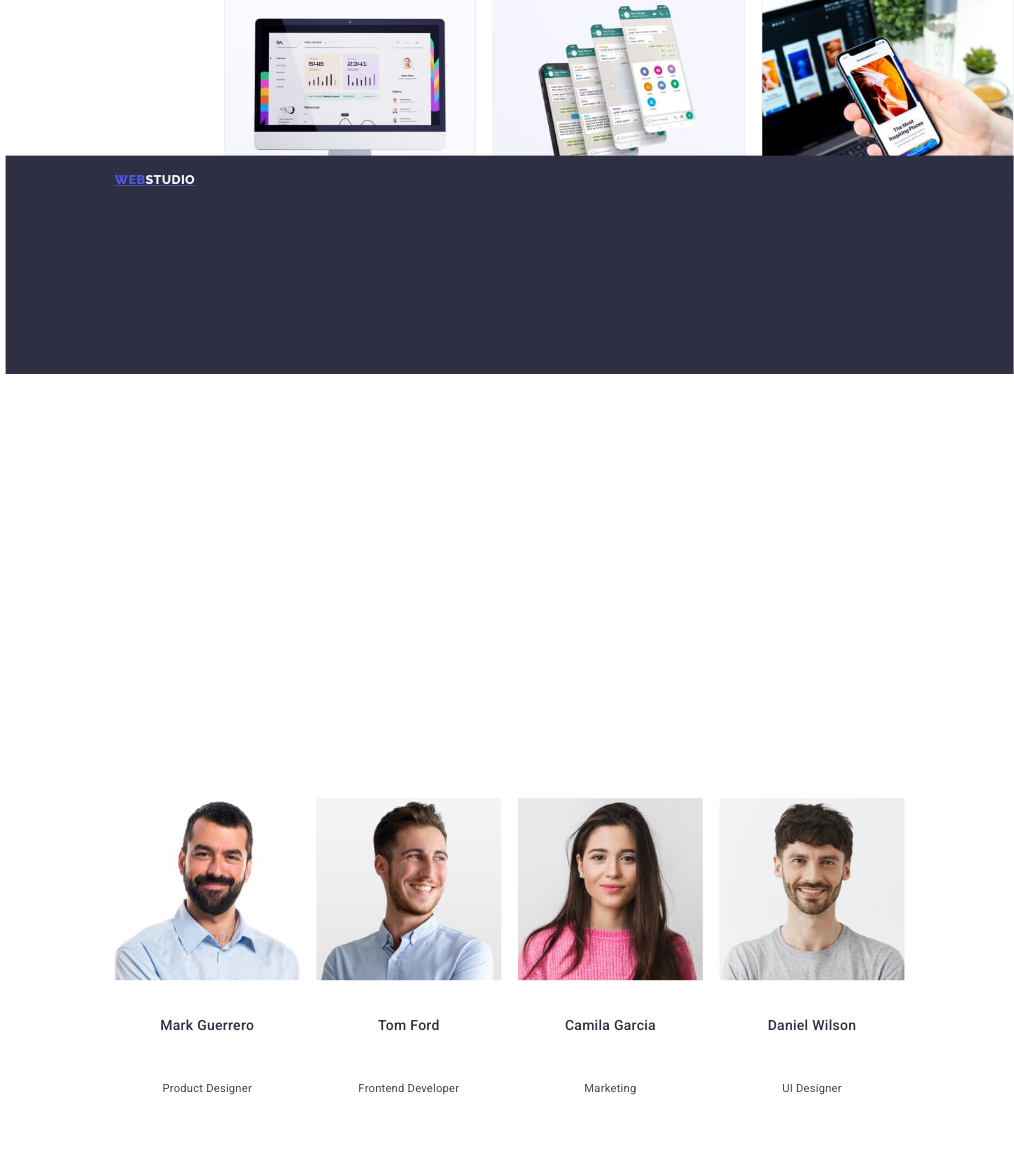
Repository: GrishchenkoNataliya/goit-markup-hw-02
Page: index.html
The author's editor kept a copy of each file at every save. The page is drawn from the files as they stood at one save, then again after the next save.
The browser window is 1280 px wide. The page is 1448 px wide, so the pictures cover 1448 px, including what lies to the right of the window. The pictures show the part of the page from y = 2166 to 3846 px (the page is 4896 px tall before and 7276 px after), at 70% of full size.

Above is the page before, as saved 2023-03-11 14:08:23.

### index.html
<!DOCTYPE html>
<html lang="en">
  <head>
    <meta charset="UTF-8" />
    <meta http-equiv="X-UA-Compatible" content="IE=edge" />
    <meta name="viewport" content="width=device-width, initial-scale=1.0" />

    <link rel="preconnect" href="https://fonts.googleapis.com" />
    <link rel="preconnect" href="https://fonts.gstatic.com" crossorigin />
    <link
      href="https://fonts.googleapis.com/css2?family=Raleway:wght@800&family=Roboto+Mono:wght@600&family=Roboto:wght@400;500;700&display=swap"
      rel="stylesheet"
    />
    <link rel="stylesheet" href="./css/styles.css" />
    <title>homework_2</title>
  </head>
  <body class="body">
    <header class="header">
      <a class="header-logo logo-web" href="./index.html"
        >Web<span class="logo-studio">Studio </span></a
      >
      <nav class="header-nav">
        <ul class="header-list">
          <li class="header-item">
            <a
              class="header-link"
              href=""
              target="_blank"
              rel="noopener noreferrer nofollow"
              >Studio</a
            >
          </li>
          <li class="header-item-portfolio">
            <a
              class="header-link"
              href="./portfolio/portfolio.html"
              target="_blank"
              rel="noopener noreferrer nofollow"
              >Portfolio</a
            >
          </li>
          <li class="header-item">
            <a
              class="header-link"
              href=""
              target="_blank"
              rel="noopener noreferrer nofollow"
              >Contacts</a
            >
          </li>
        </ul>
      </nav>
      <address class="address">
        <ul class="address-list">
          <li class="address-mail">
            <a href="mailto:info@devstudio.com">info@devstudio.com</a>
          </li>
          <li class="address-tel">
            <a href="tel:+110001111111">+11 (000) 111-11-11</a>
          </li>
        </ul>
      </address>
    </header>
    <main class="main">
      <section class="hero">
        <h1 class="hero-title">Effective Solutions for Your Business</h1>
        <button class="hero-btn" type="button">Order Service</button>
        <!-- Dark-bg -->
      </section>

      <section class="feature1">
        <h2 hidden>Большой заголовок</h2>
        <ul class="feature1-list">
          <li class="feature1-item1">
            <h3 class="feature1-title">Strategy</h3>
            <p class="feature1-text">
              Our goal is to identify the business problem to walk away with the
              perfect and creative solution.
            </p>
          </li>
          <li class="feature1-item2">
            <h3 class="feature1-title">Punctuality</h3>
            <p class="feature1-text">
              Bring the key message to the brand's audience for the best price
              within the shortest possible time.
            </p>
          </li>
          <li class="feature1-item3">
            <h3 class="feature1-title">Diligence</h3>
            <p class="feature1-text">
              Research and confirm brands that present the strongest digital
              growth opportunities and minimize risk.
            </p>
          </li>
          <li class="feature1-item4">
            <h3 class="feature1-title">Technologies</h3>
            <p class="feature1-text">
              Design practice focused on digital experiences. We bring forth a
              deep passion for problem-solving.
            </p>
          </li>
        </ul>
      </section>

      <section class="feature2">
        <h2 class="feature2-title">What are we doing</h2>
        <ul class="feature2-list">
          <li class="feature2-item-1">
            <img
              src="./images/pages1/Rectangle71-1.jpg"
              alt="Rectangle 71-1"
              width="360"
            />
          </li>
          <li class="feature2-item-2">
            <img
              src="./images/pages1/Rectangle71-2.jpg"
              alt="Rectangle 71-2"
              width="360"
            />
          </li>
          <li class="feature2-item-3">
            <img
              src="./images/pages1/Rectangle71-3.jpg"
              alt="Rectangle 71-3"
              width="360"
            />
          </li>
        </ul>
      </section>

      <section class="feature3">
        <h2 class="feature3-title-h2">Our Team</h2>
        <ul class="feature3-list">
          <li class="feature3-item1">
            <img
              src="./images/pages1/img1.jpg"
              alt="Mark Guerrero"
              width="264"
              height="260"
            />
            <h3 class="feature3-title">Mark Guerrero</h3>
            <p class="feature3-subtitle">Product Designer</p>
          </li>
          <li class="feature3-item2">
            <img
              src="./images/pages1/img2.jpg"
              alt="Tom Ford"
              width="264"
              height="260"
            />
            <h3 class="feature3-title">Tom Ford</h3>
            <p class="feature3-subtitle">Frontend Developer</p>
          </li>
          <li class="feature3-item3">
            <img
              src="./images/pages1/img3.jpg"
              alt="Camila Garcia"
              width="264"
              height="260"
            />
            <h3 class="feature3-title">Camila Garcia</h3>
            <p class="feature3-subtitle">Marketing</p>
          </li>
          <li class="feature3-item4">
            <img
              src="./images/pages1/img4.jpg"
              alt="Daniel Wilson"
              width="264"
              height="260"
            />
            <h3 class="feature3-title">Daniel Wilson</h3>
            <p class="feature3-subtitle">UI Designer</p>
          </li>
        </ul>
      </section>
    </main>
    <footer class="footer">
      <div class="footer-div">
        <a class="header-logo logo-web" href="./index.html"
          >Web<span class="logo-studio-footer">Studio </span></a
        >
        <p class="footer-text">
          Increase the flow of customers and sales for your business with
          digital marketing & growth solutions.
        </p>
        <!-- Dark-bg -->
      </div>
    </footer>
  </body>
</html>

### css/styles.css
body {
  font-family: "Roboto", sans-serif;
  /* font-family: open-; */

  position: relative;
  width: 1440px;
  height: 2592px;
  color: #434455;
  background: #ffffff;
}
/* @font-face {
  font-family: Roboto-500;
  src: url(../fonts/);
}
Підключення шрифта з папки fonts */

.header {
  /* position: absolute;
  width: 1440px;
  height: 72px;
  left: 0px;
  top: 0px; */
  display: flex;
  flex-direction: row;
  align-items: center;
  padding: 0px;

  position: absolute;
  width: 115px;
  height: 24px;
  left: 156px;
  top: 24px;
}

.header-logo {
  display: flex;
  flex-direction: row;
  align-items: center;
  padding: 0px;

  position: absolute;
  width: 115px;
  height: 24px;
  left: 156px;
  top: 24px;
}
.header-nav {
}
.logo-web {
  width: 44px;
  height: 21px;

  font-family: "Raleway";
  font-style: normal;
  font-weight: 800;
  font-size: 18px;
  line-height: 21px;
  /* identical to box height, or 117% */

  display: flex;
  align-items: center;
  letter-spacing: 0.03em;
  text-transform: uppercase;
  color: #4d5ae5;
}
.logo-studio {
  color: black;
}
.header-list {
  /* font-family: "Roboto";
  font-style: normal; потрібен для адреси, це нахил */
  font-weight: 500;
  font-size: 16px;
  line-height: 1.5;
  letter-spacing: 0.02em;
  color: #2e2f42;
}
.header-item {
}
.header-link {
  width: 48px;
  height: 24px;
  font-style: normal;
  font-weight: 500;
  font-size: 16px;
  line-height: 1.5;
  /* 24/16=1.5 */
  letter-spacing: 0.02em;
  color: #2e2f42;
  flex: none;
  order: 0;
  flex-grow: 0;
}

.address {
}
.address-list {
  font-style: normal;
  font-weight: 400;
  font-size: 16px;
  line-height: 1.5;
  letter-spacing: 0.02em;
  color: #434455;
}
.address-mail {
  position: absolute;
  width: 153px;
  height: 24px;
  left: 940px;
  top: 24px;
}
.address-tel {
  position: absolute;
  width: 151px;
  height: 24px;
  left: 1133px;
  top: 24px;
  color: #434455;
}
.main {
}
/* section hero */
.hero {
  position: absolute;
  width: 1440px;
  height: 600px;
  left: 0px;
  top: 72px;
  background: #2e2f42;
}
.hero-title {
  font-family: "Roboto";
  font-style: normal;
  font-weight: 700;
  font-size: 56px;
  line-height: 1.07;
  text-align: center;
  letter-spacing: 0.02em;
  color: #ffffff;
}
.hero-btn {
  position: absolute;
  width: 169px;
  height: 56px;
  left: 636px;
  top: 428px;
  background: #4d5ae5;
  box-shadow: 0px 4px 4px rgba(0, 0, 0, 0.15);
  border-radius: 4px;
}
/* section 1 */
.feature1 {
}
.feature1-list {
  position: absolute;
  width: 1128px;
  height: 104px;
  left: 156px;
  top: 792px;
}
.feature1-item1 {
  display: flex;
  flex-direction: column;
  align-items: flex-start;
  padding: 0px;
  gap: 8px;

  position: absolute;
  width: 264px;
  height: 104px;
  left: 156px;
  top: 792px;
}
.feature1-item2 {
  display: flex;
  flex-direction: column;
  align-items: flex-start;
  padding: 0px;
  gap: 8px;

  position: absolute;
  width: 264px;
  height: 104px;
  left: 444px;
  top: 792px;
}
.feature1-item3 {
  display: flex;
  flex-direction: column;
  align-items: flex-start;
  padding: 0px;
  gap: 8px;

  position: absolute;
  width: 264px;
  height: 104px;
  left: 732px;
  top: 792px;
}
.feature1-item4 {
  display: flex;
  flex-direction: column;
  align-items: flex-start;
  padding: 0px;
  gap: 8px;

  position: absolute;
  width: 264px;
  height: 104px;
  left: 1020px;
  top: 792px;
}
.feature1-title {
  font-family: "Roboto";
  font-style: normal;
  font-weight: 500;
  font-size: 20px;
  line-height: 1.2;
  letter-spacing: 0.02em;
  color: #2e2f42;
}
.feature1-text {
  font-family: "Roboto";
  font-style: normal;
  font-weight: 400;
  font-size: 16px;
  line-height: 1.5;
  letter-spacing: 0.02em;
  color: #434455;
}
/* section 2 */
.feature2 {
  position: absolute;
  width: 1128px;
  height: 412px;
  left: 156px;
  top: 1016px;
}
.feature2-title {
  font-family: "Roboto";
  font-style: normal;
  font-weight: 700;
  font-size: 36px;
  line-height: 1.1;
  text-align: center;
  letter-spacing: 0.02em;
  text-transform: capitalize;
  color: #2e2f42;
}
.feature2-list {
}
.feature2-item-1 {
  display: flex;
  flex-direction: column;
  align-items: flex-start;
  padding: 0px;

  position: absolute;
  width: 360px;
  height: 300px;
  left: 156px;
  top: 1128px;
}
.feature2-item-2 {
  display: flex;
  flex-direction: column;
  align-items: flex-start;
  padding: 0px;

  position: absolute;
  width: 360px;
  height: 300px;
  left: 540px;
  top: 1128px;
}
.feature2-item-3 {
  display: flex;
  flex-direction: column;
  align-items: flex-start;
  padding: 0px;

  position: absolute;
  width: 360px;
  height: 300px;
  left: 924px;
  top: 1128px;
}
/* section 3 */
.feature3 {
  position: absolute;
  width: 1440px;
  height: 732px;
  left: 0px;
  top: 1548px;
}
.feature3-title-h2 {
  font-family: "Roboto";
  font-style: normal;
  font-weight: 700;
  font-size: 36px;
  line-height: 1.1;
  text-align: center;
  letter-spacing: 0.02em;
  text-transform: capitalize;
  color: #2e2f42;
}
.feature3-list {
}
.feature3-item1 {
  display: flex;
  flex-direction: column;
  justify-content: center;
  align-items: center;
  padding: 0px 0px 32px;
  gap: 32px;

  position: absolute;
  width: 264px;
  height: 380px;
  left: 156px;
  top: 1780px;
}
.feature3-item2 {
  display: flex;
  flex-direction: column;
  justify-content: center;
  align-items: center;
  padding: 0px 0px 32px;
  gap: 32px;

  position: absolute;
  width: 264px;
  height: 380px;
  left: 444px;
  top: 1780px;
}
.feature3-item3 {
  display: flex;
  flex-direction: column;
  justify-content: center;
  align-items: center;
  padding: 0px 0px 32px;
  gap: 32px;

  position: absolute;
  width: 264px;
  height: 380px;
  left: 732px;
  top: 1780px;
}
.feature3-item4 {
  display: flex;
  flex-direction: column;
  justify-content: center;
  align-items: center;
  padding: 0px 0px 32px;
  gap: 32px;

  position: absolute;
  width: 264px;
  height: 380px;
  left: 1020px;
  top: 1780px;
}
.feature3-title {
  font-family: "Roboto";
  font-style: normal;
  font-weight: 500;
  font-size: 20px;
  line-height: 1.2;
  text-align: center;
  letter-spacing: 0.02em;
  color: #2e2f42;
}
.feature3-subtitle {
  font-family: "Roboto";
  font-style: normal;
  font-weight: 400;
  font-size: 16px;
  line-height: 1.2;
  text-align: center;
  letter-spacing: 0.02em;
  color: #434455;
}
.footer {
  display: flex;
  flex-direction: row;
  align-items: center;
  padding: 0px;

  /* position: absolute;
  width: 115px;
  height: 24px;
  left: 156px;
  top: 2380px; */

  position: absolute;
  width: 1440px;
  height: 312px;
  left: 0px;
  top: 2380px;
  background: #2e2f42;
}
.logo-studio-footer {
  color: #f4f4fd;
}

.footer-text {
  position: absolute;
  width: 264px;
  height: 72px;
  left: 156px;
  top: 2420px;
  font-family: "Roboto";
  font-style: normal;
  font-weight: 400;
  font-size: 16px;
  line-height: 1.2;
  letter-spacing: 0.02em;
  color: #f4f4fd;
}
.main-portfolio {
}
/* -------------portfolio-section---------- */
.portfolio-section {
}
.portfolio-list {
  display: flex;
  flex-direction: row;
  align-items: flex-start;
  padding: 0px;
  gap: 24px;

  position: absolute;
  width: 586px;
  height: 48px;
  left: 427px;
  top: 168px;
}
.portfolio-item-all {
  display: flex;
  flex-direction: row;
  align-items: flex-start;
  padding: 12px 24px;

  width: 69px;
  height: 48px;
  background: #404bbf;
  box-shadow: 0px 3px 1px rgba(0, 0, 0, 0.1), 0px 2px 1px rgba(0, 0, 0, 0.08),
    0px 2px 2px rgba(0, 0, 0, 0.12);
  border-radius: 4px;
  flex: none;
  order: 0;
  flex-grow: 0;
}
.portfolio-btn {
}
.portfolio-label-all {
  font-family: "Roboto";
  font-style: normal;
  font-weight: 500;
  font-size: 16px;
  line-height: 24px;
  display: flex;
  align-items: center;
  text-align: center;
  letter-spacing: 0.04em;
  color: #ffffff;
}
.portfolio-item {
}
.portfolio-btn {
  display: flex;
  flex-direction: row;
  justify-content: center;
  align-items: center;
  padding: 12px 24px;
  width: 116px;
  height: 48px;
  background: #f4f4fd;
  border: 1px solid #e7e9fc;
  border-radius: 4px;
}
.portfolio-label {
  font-family: "Roboto";
  font-style: normal;
  font-weight: 500;
  font-size: 16px;
  line-height: 1.2;
  display: flex;
  align-items: center;
  text-align: center;
  letter-spacing: 0.04em;
  color: #4d5ae5;
  flex: none;
  order: 0;
  flex-grow: 0;
}

/* .portfolio-btn3 {
  width: 78px;
} */

/* .portfolio-btn4 {
  width: 101px;
} */

/* .portfolio-btn5 {
  width: 126px;
} */

/* -------portfolio-section2---- */
.portfolio-section {
  position: absolute;
  left: 8.33%;
  right: 8.33%;
  top: 0%;
  bottom: 0%;
}
.portfolio-section-list-first {
  display: block;
  margin: 8px;
  position: absolute;
  width: 1128px;
  height: 420px;
  left: 156px;
  top: 288px;
}

.project-card-first {
  width: 360px;
  height: 420px;
  left: 156px;
  top: 288px;
  background: #ffffff;
  border: 1px solid #e7e9fc;
}

.portfolio-title {
  font-family: "Roboto";
  font-style: normal;
  font-weight: 500;
  font-size: 20px;
  line-height: 1.2;
  letter-spacing: 0.02em;
  color: #2e2f42;
}
.portfolio-text {
  font-family: "Roboto";
  font-style: normal;
  font-weight: 400;
  font-size: 16px;
  line-height: 1.5;
  letter-spacing: 0.02em;
  color: #434455;
}
.project-card-second {
  left: 540px;
}

.project-card-last {
  left: 924px;
}

.portfolio-section-list-second {
  position: absolute;
  width: 1128px;
  height: 420px;
  left: 156px;
  top: 756px;
}
.portfolio-section-list-last {
  position: absolute;
  width: 1128px;
  height: 420px;
  left: 156px;
  top: 1224px;
}

After the next save:
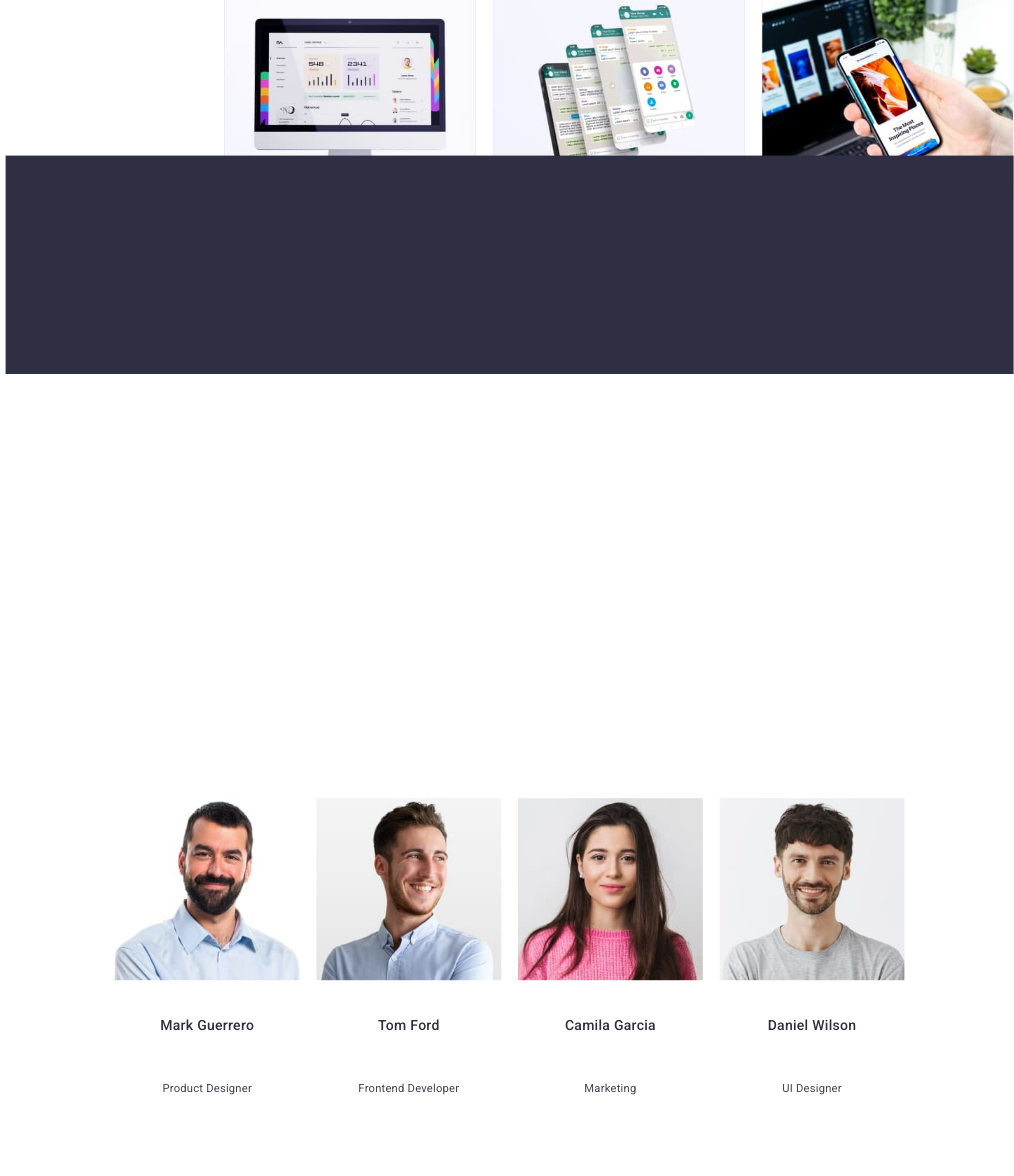
Saved 33 s later.
--- a/css/styles.css
+++ b/css/styles.css
@@ -400,6 +400,13 @@
   left: 0px;
   top: 2380px;
   background: #2e2f42;
+}
+.footer-div {
+  position: absolute;
+  width: 264px;
+  height: 112px;
+  left: 156px;
+  top: 2380px;
 }
 .logo-studio-footer {
   color: #f4f4fd;
